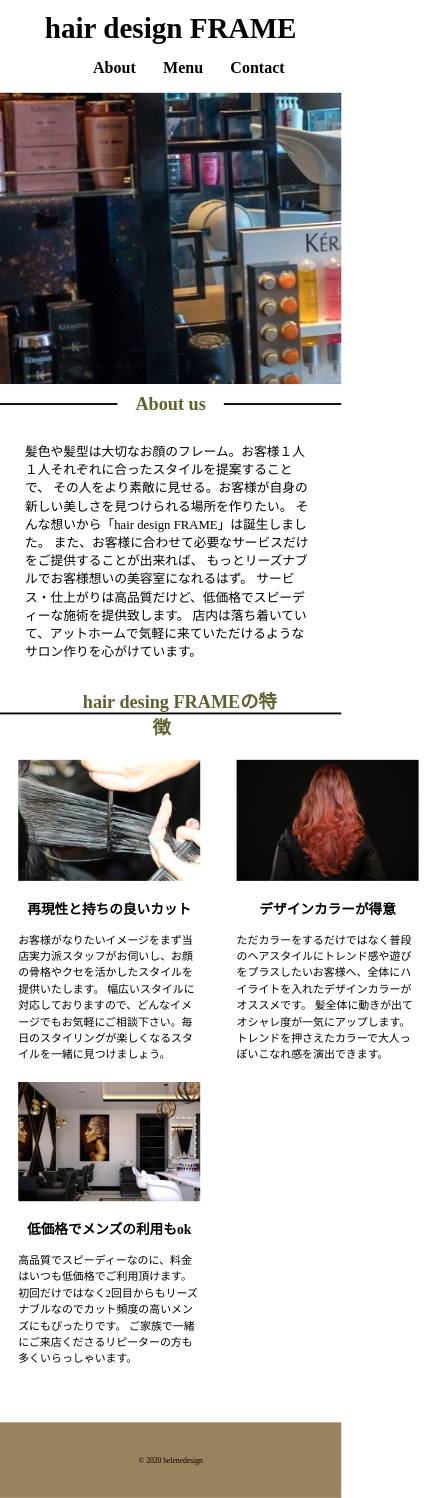
Repository: Akane492/samurai_HTML-CSS
Page: Hairsalon/about.html
The author's editor kept a record of every edit. The page is drawn from the files as they stood at one moment, then again after the next edit.
The browser window is 375 px wide. The page is 480 px wide, then 400 px, so the pictures cover 480 px, including what lies to the right of the window. The pictures show the whole page, at 91% of full size.

Above is the page before.

After the next edit:
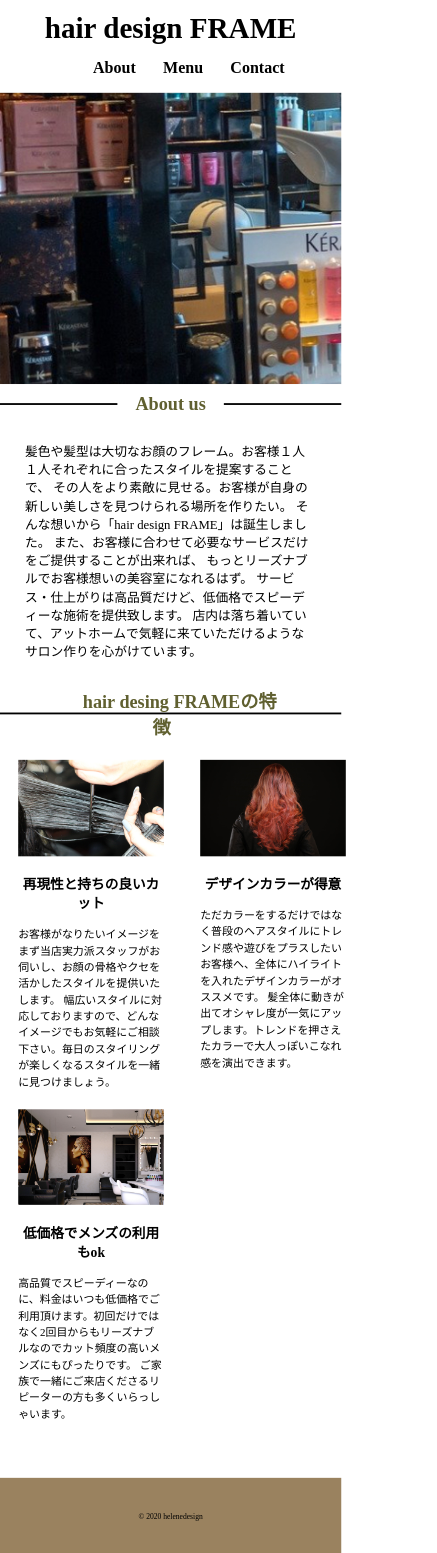
The edit:
--- a/Hairsalon/stylesheet.css
+++ b/Hairsalon/stylesheet.css
@@ -304,7 +304,7 @@
     }
     .grid {
         display: grid;
-        grid-template-columns: repeat(2,minmax(240px, 1fr));
+        grid-template-columns: repeat(2,minmax(200px, 1fr));
     }
     .item {
         margin-top: 10px;
